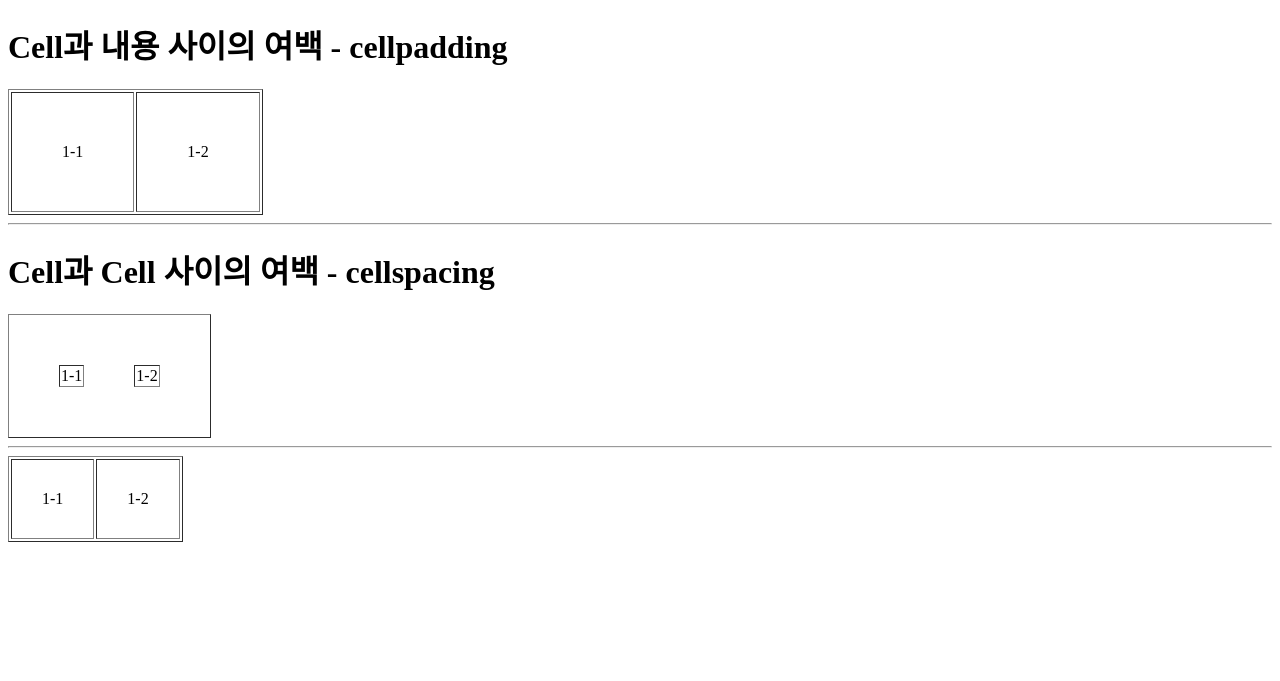
Repository: Gmajorlist/HTML
Page: html/src/main/webapp/exam01/exam12.html
An editor plug-in stored every save of this project. The page is shown before and after the next save, followed by the edit.
The browser window is 1280 px wide. The pictures show the whole page.

Above is the page before, as saved 2023-03-09 03:04:29.

### html/src/main/webapp/exam01/exam12.html
<!DOCTYPE html>
<html>
<head>
<meta charset="UTF-8">
<title>Insert title here</title>
</head>
<body>
	<h1> Cell과 내용 사이의 여백 - cellpadding</h1>
	<table border="1" cellpadding="50">
		<tr>
			<td>1-1</td>
			<td>1-2</td>
		</tr>
	</table>
	<hr/>

	<h1>Cell과 Cell 사이의 여백 - cellspacing</h1>
	<table border="1" cellspacing="50">
		<tr>
			<td>1-1</td>
			<td>1-2</td>
		</tr>
	</table>
	<hr/>

	<table border="" cellpadding="30">
		<tr>
			<td>1-1</td>
			<td>1-2</td>

		</tr>
	</table>

</body>
</html>

After the next save:
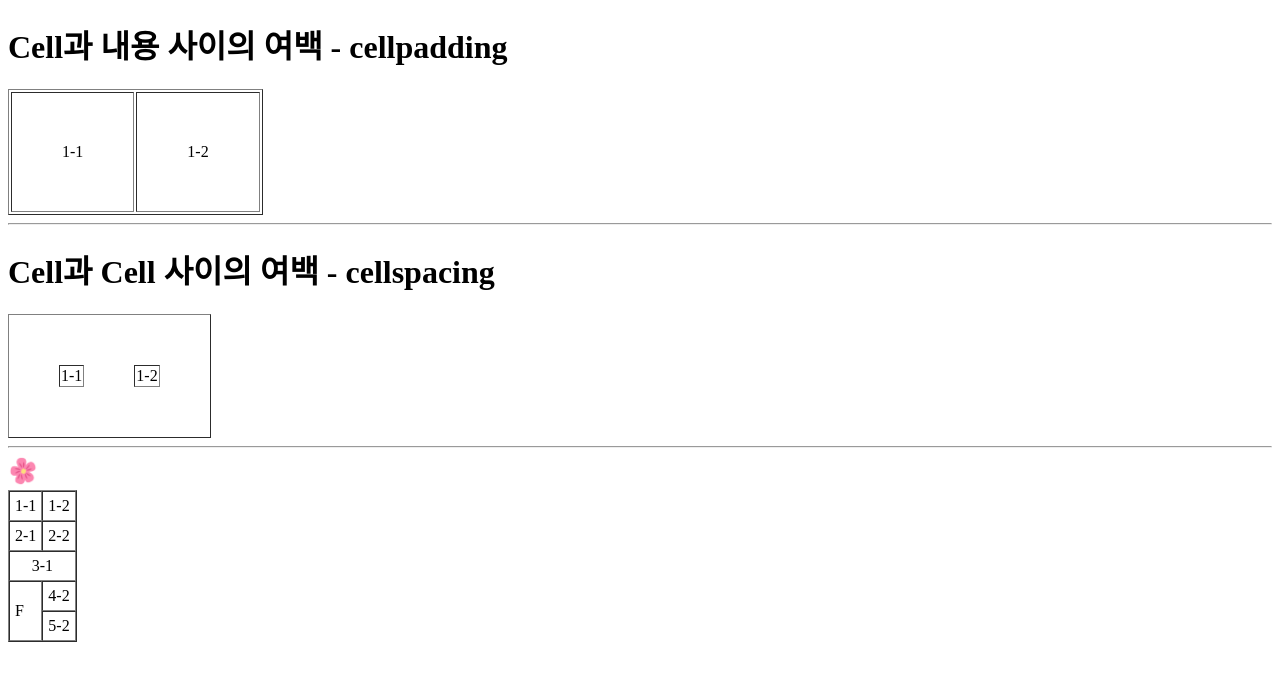
Saved 8 min 30 s later.
--- a/html/src/main/webapp/exam01/exam12.html
+++ b/html/src/main/webapp/exam01/exam12.html
@@ -23,12 +23,33 @@
 	</table>
 	<hr/>
 
-	<table border="" cellpadding="30">
+	<table border="1" cellpadding="5" cellspacing="0">
 		<tr>
 			<td>1-1</td>
 			<td>1-2</td>
 
 		</tr>
+		<tr>
+			<td>2-1</td>
+			<td>2-2</td>
+
+		</tr>
+		<tr>
+			<td colspan="2" align="center">3-1</td>
+		</tr>
+
+		<tr>
+			<td rowspan="2">
+				F<br/>
+			</td>
+			<td>4-2</td>
+			<image src="../img/vlvlan.png" width="30" height="30" alt="확인"
+			onclick="location.href='https://www.naver.com'" style="cursor: pointer" />
+		</tr>
+		<tr>
+			<td>5-2</td>
+		</tr>
+
 	</table>
 
 </body>
